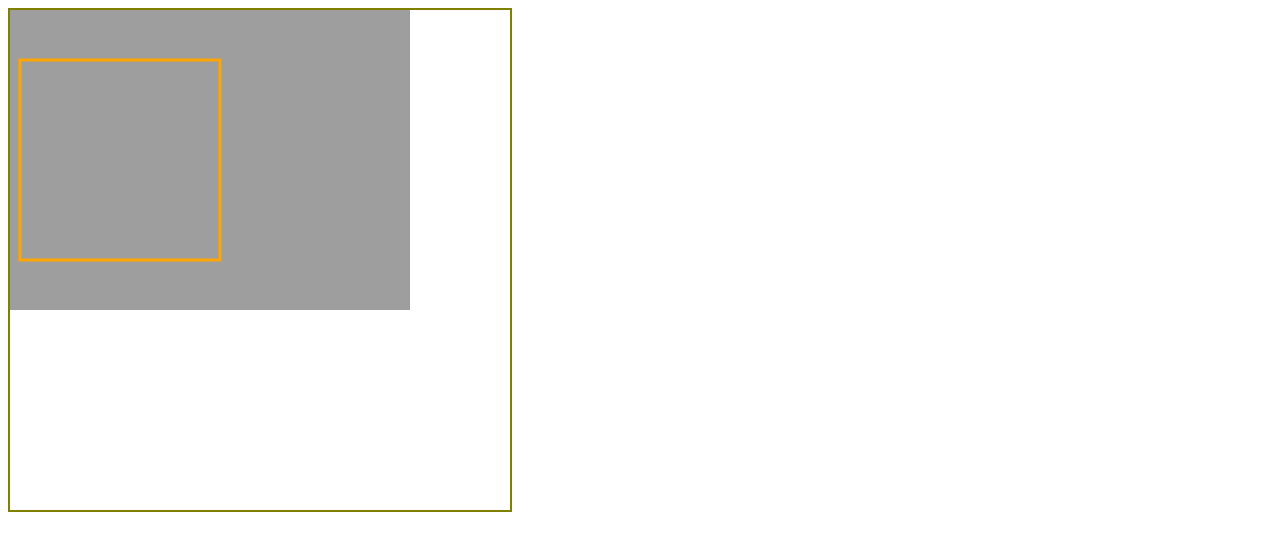
Repository: Backcoder-June/AI_Platform
Page: naverai/src/main/resources/static/cameratest.html
The author's editor kept a copy of each file at every save. The page is drawn from the files as they stood at one save, then again after the next save.
The browser window is 1280 px wide. The pictures show the whole page.

Above is the page before, as saved 2022-09-02 07:12:51.

### naverai/src/main/resources/static/cameratest.html
<!DOCTYPE html>
<html>
<head>
<meta charset="UTF-8">
<title>Insert title here</title>

<script src="js/jquery-3.6.0.min.js"></script>
<script>
$(document).ready(function(){
	var mycanvas = $("#mycanvas")[0];
	var pencil = mycanvas.getContext("2d");

	var myimage = new Image();
	myimage.src = "http://localhost:8083/naverai/yuna1.png";
	myimage.onload = function(){
		pencil.drawImage(myimage,0,0,myimage.width, myimage.height);
		pencil.lineWidth = 3;
		pencil.strokeStyle = "orange";
		pencil.strokeRect(10,50,200,200);
	}


});//ready

</script>


</head>
<body>

<canvas id="mycanvas" width=500 height=500 style="border:2px solid olive">
</canvas>


</body>
</html>

Loaded but not shown: naverai/src/main/resources/static/js/jquery-3.6.0.min.js (library)

After the next save:
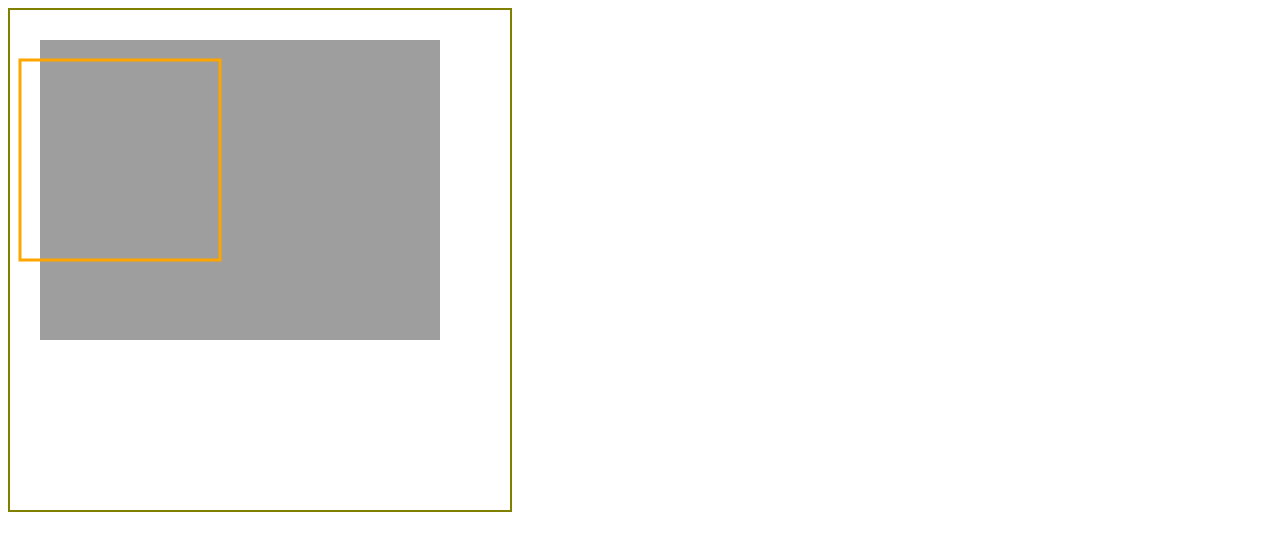
Saved 45 s later.
--- a/naverai/src/main/resources/static/cameratest.html
+++ b/naverai/src/main/resources/static/cameratest.html
@@ -13,7 +13,7 @@
 	var myimage = new Image();
 	myimage.src = "http://localhost:8083/naverai/yuna1.png";
 	myimage.onload = function(){
-		pencil.drawImage(myimage,0,0,myimage.width, myimage.height);
+		pencil.drawImage(myimage,30,30,myimage.width, myimage.height); /* 사진 불러오기 */
 		pencil.lineWidth = 3;
 		pencil.strokeStyle = "orange";
 		pencil.strokeRect(10,50,200,200);

After the save that followed:
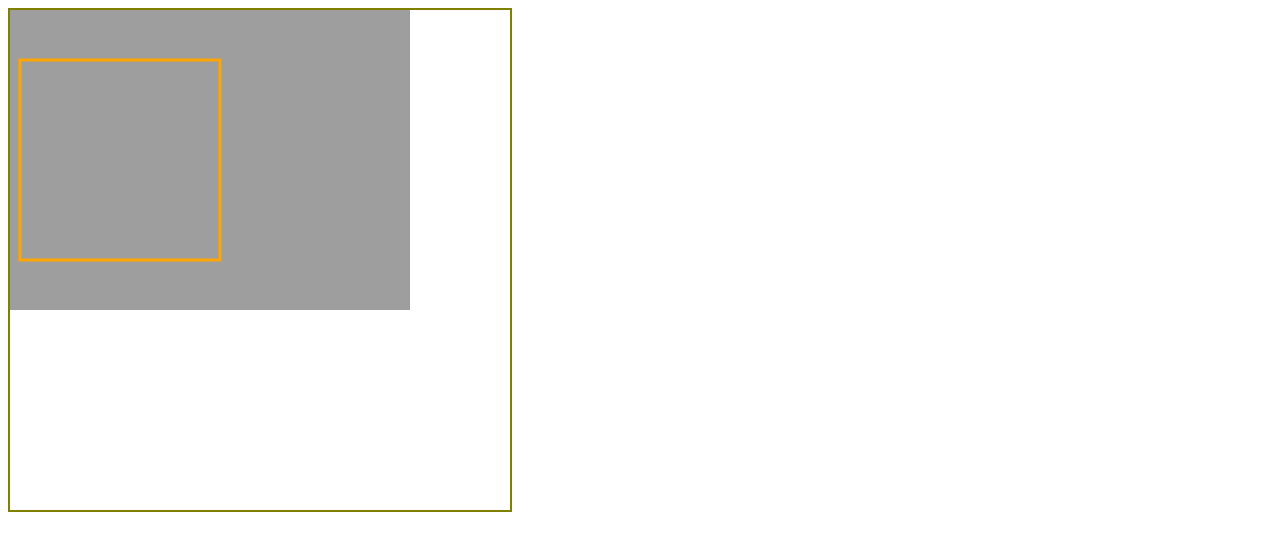
Saved 7 s later.
--- a/naverai/src/main/resources/static/cameratest.html
+++ b/naverai/src/main/resources/static/cameratest.html
@@ -13,7 +13,7 @@
 	var myimage = new Image();
 	myimage.src = "http://localhost:8083/naverai/yuna1.png";
 	myimage.onload = function(){
-		pencil.drawImage(myimage,30,30,myimage.width, myimage.height); /* 사진 불러오기 */
+		pencil.drawImage(myimage,0,0,myimage.width, myimage.height); /* 사진 불러오기 */
 		pencil.lineWidth = 3;
 		pencil.strokeStyle = "orange";
 		pencil.strokeRect(10,50,200,200);
